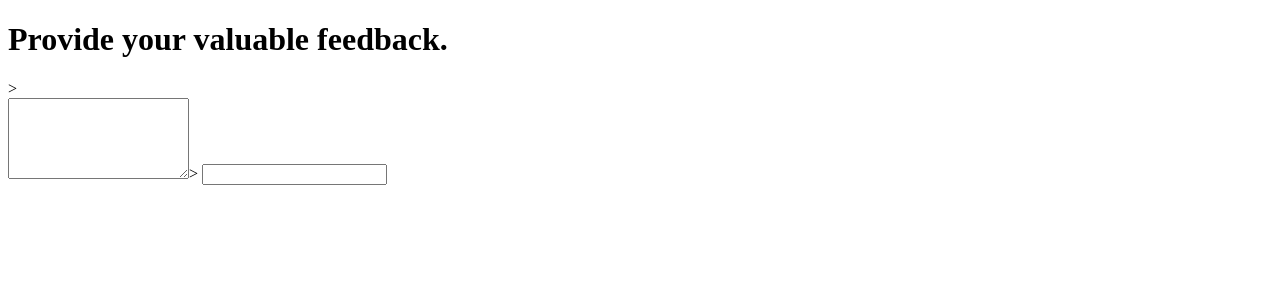
Repository: alph-a07/Java-EE
Page: http://localhost/FeedBackPage/SubmitFeedback.jsp
An editor plug-in stored every save of this project. The page is shown before and after the next save, followed by the edit.
The browser window is 1280 px wide. The pictures show the whole page.
The page is served by Tomcat 9.

Above is the page before, as saved 2023-01-20 11:13:54.

After the next save:
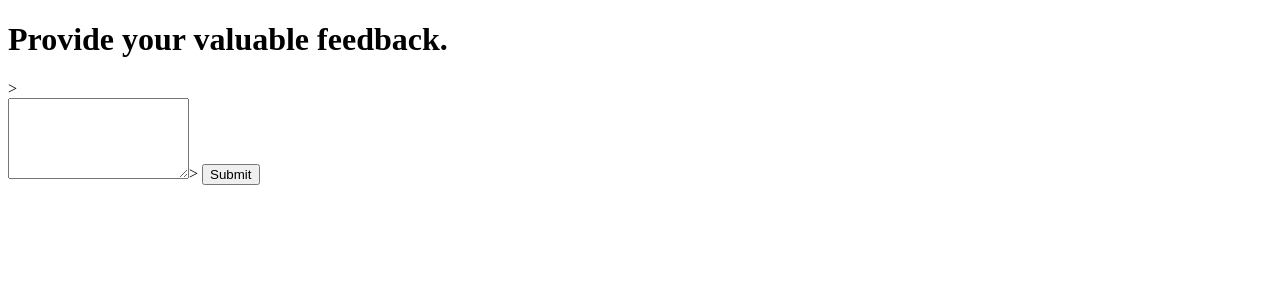
Saved 8 s later.
--- a/FeedBackPage/src/main/webapp/SubmitFeedback.jsp
+++ b/FeedBackPage/src/main/webapp/SubmitFeedback.jsp
@@ -15,6 +15,6 @@
 
 		<form>
 		<textarea rows = 5 name="feedbackParam"></textarea>>
-		<input>
+		<input type="submit">
 	</body>
 </html>
